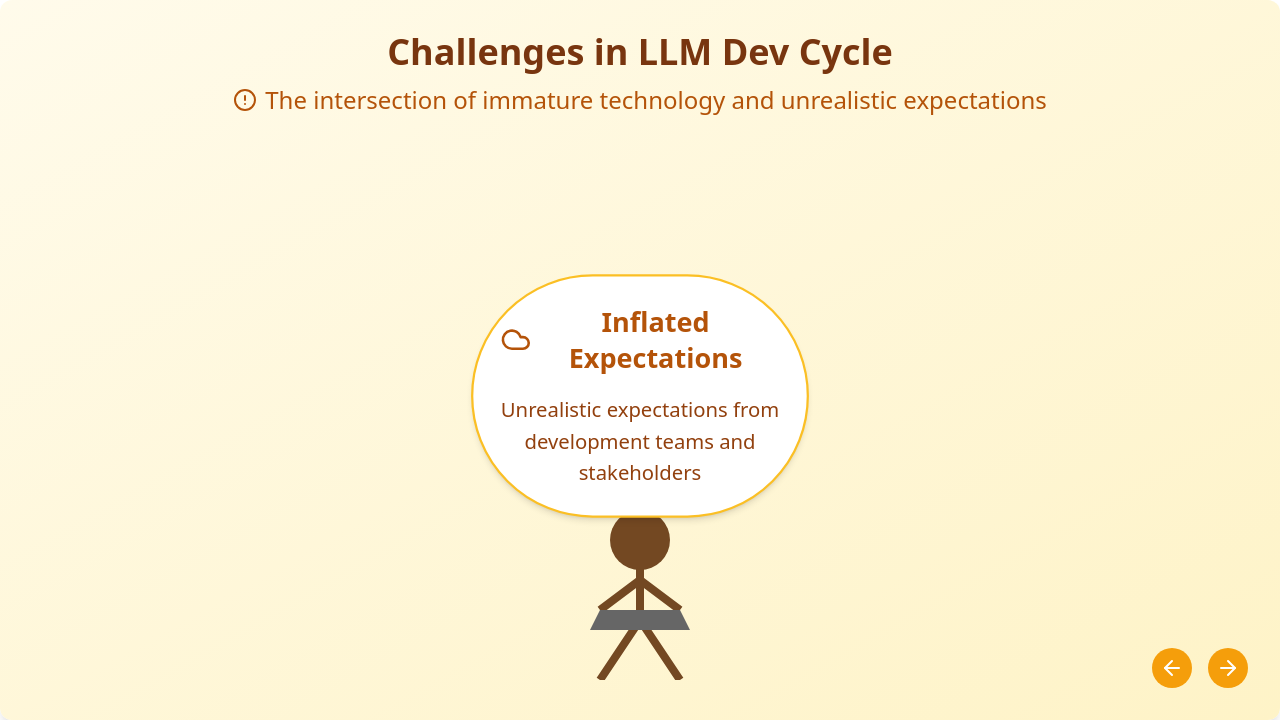
Repository: Galbaz1/dell_presentation
Page: /slide2
An editor plug-in stored every save of this project. The page is shown before and after a run of saves, followed by the edit.
The browser window is 1280 px wide. The pictures show the whole page.
The project was rebuilt for these pictures with package versions that can differ from the ones it lists, and the page was loaded fresh each time. The framework's server and built-in components were replaced by stand-ins that run in the browser. Also part of the build but not shown: styles/animations/slide1.css, styles/animations/slide2.css.

Above is the page before, as saved 2024-11-13 12:57:05.

After the next 2 saves:
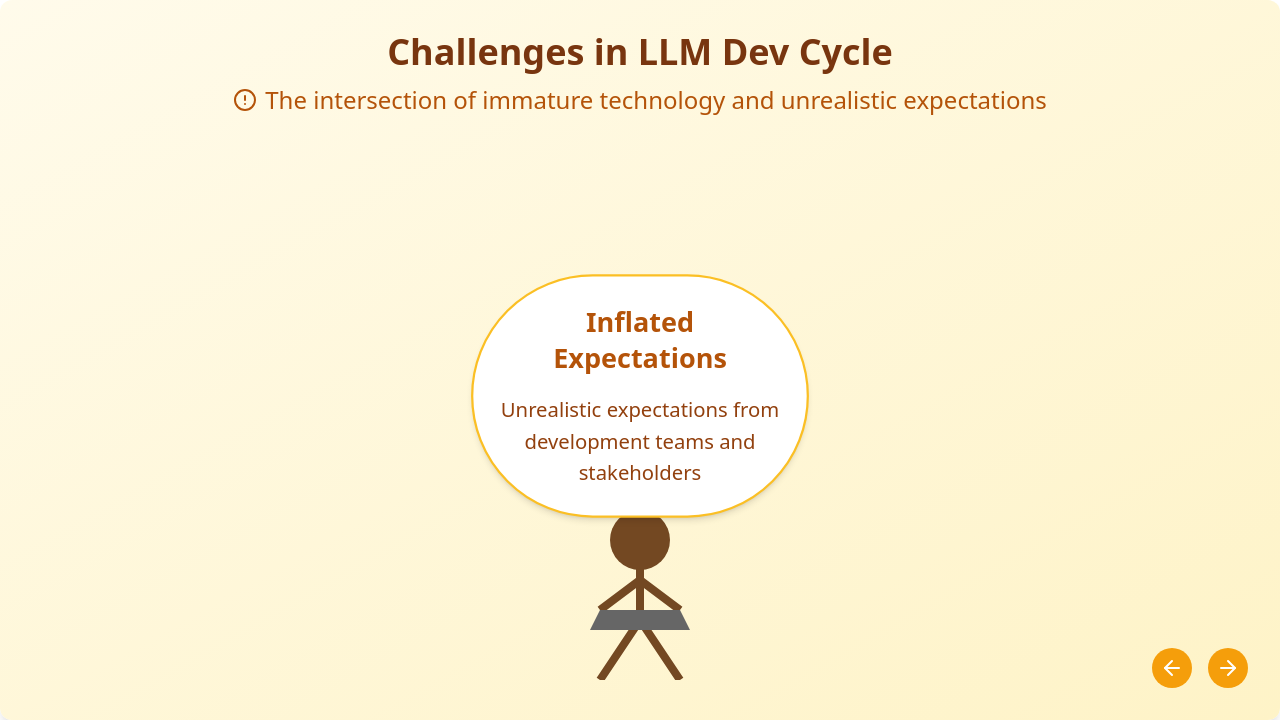
The 2 saves are shown as one change because they came seconds apart.
The last was saved 34 s later.
--- a/pages/slide2.tsx
+++ b/pages/slide2.tsx
@@ -1,5 +1,5 @@
 import React, { useState, useEffect } from 'react';
-import { ArrowRight, ArrowLeft, AlertCircle, Cloud } from 'lucide-react';
+import { ArrowRight, ArrowLeft, AlertCircle } from 'lucide-react';
 import Link from 'next/link';
 import { motion, AnimatePresence } from 'framer-motion';
 import { useRouter } from 'next/router';
@@ -150,10 +150,9 @@ const Slide2: React.FC = () => {
           animate={animationPhase}
         >
           <div className="bg-white p-6 rounded-full shadow-md border-2 border-amber-400">
-            <div className="flex items-center justify-center mb-4 text-amber-700">
-              <Cloud className="w-8 h-8" />
-              <h3 className="text-2xl font-semibold text-center">Inflated Expectations</h3>
-            </div>
+            <h3 className="text-2xl font-semibold text-amber-700 text-center mb-4">
+              Inflated Expectations
+            </h3>
             <p className="text-lg text-amber-800 text-center">
               Unrealistic expectations from development teams and stakeholders
             </p>
